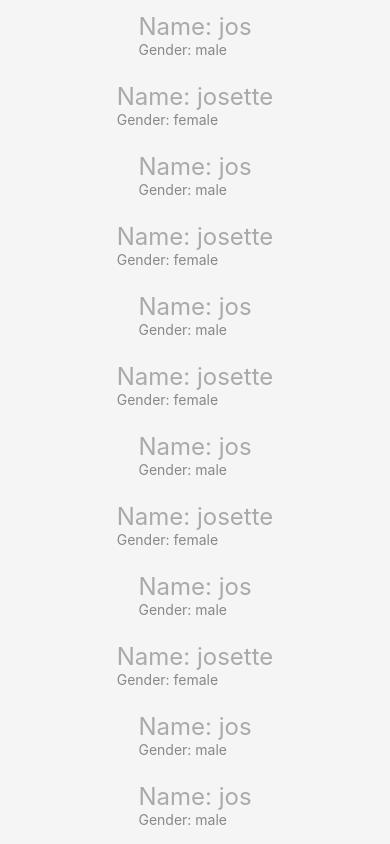
Repository: kfrancois/Bachelorproef-Apps
Screen: / (app in React Native/ListApp/.vscode/)
An editor plug-in stored every save of this project. The screen is shown before and after the next save, followed by the edit.
An inner scrolling area shows only its first screen. The app was drawn by React Native's web renderer in a window 390 px wide. The project was rebuilt for these pictures with package versions that can differ from the ones it lists, and the page was loaded fresh each time.

Above is the screen before, as saved 2018-04-23 15:00:33.

### React Native/ListApp/.vscode/App.js
import React, { Component } from 'react';
import MyListView from './src/listView';

// type Props = {};
export default class App extends Component {
  render() {
    return <MyListView />;
  }
}

### React Native/ListApp/.vscode/src/listView.js
import React, { Component } from 'react';
import { View, FlatList, Text, SafeAreaView, StyleSheet } from 'react-native';
import items from './items';
import Row from './row';

export default class MyListView extends Component {
  render() {
    return (
      <SafeAreaView style={{ flex: 1, backgroundColor: 'whitesmoke' }}>
        <FlatList
          style={styles.idk}
          contentContainerStyle={styles.container}
          data={items}
          renderItem={data => {
            return <Row item={data.item} />;
          }}
        />
      </SafeAreaView>
    );
  }
}

const styles = StyleSheet.create({
  idk: {
    flex: 1,
    backgroundColor: 'whitesmoke'
  },
  container: {
    justifyContent: 'center',
    alignItems: 'center'
  },
  item: {
    padding: 10,
    fontSize: 18,
    height: 44
  }
});

### React Native/ListApp/.vscode/src/items.js
const items = [
  { key: '0', name: 'jos', gender: 'male' },
  { key: '1', name: 'josette', gender: 'female' },
  { key: '2', name: 'jos', gender: 'male' },
  { key: '3', name: 'josette', gender: 'female' },
  { key: '4', name: 'jos', gender: 'male' },
  { key: '5', name: 'josette', gender: 'female' },
  { key: '6', name: 'jos', gender: 'male' },
  { key: '7', name: 'josette', gender: 'female' },
  { key: '8', name: 'jos', gender: 'male' },
  { key: '9', name: 'josette', gender: 'female' },
  { key: '10', name: 'jos', gender: 'male' },
  { key: '11', name: 'jos', gender: 'male' },
  { key: '12', name: 'josette', gender: 'female' },
  { key: '13', name: 'jos', gender: 'male' },
  { key: '14', name: 'josette', gender: 'female' },
  { key: '15', name: 'jos', gender: 'male' },
  { key: '16', name: 'josette', gender: 'female' },
  { key: '17', name: 'jos', gender: 'male' },
  { key: '18', name: 'josette', gender: 'female' },
  { key: '19', name: 'jos', gender: 'male' },
  { key: '20', name: 'josette', gender: 'female' },
  { key: '21', name: 'jos', gender: 'male' },
  { key: '22', name: 'josette', gender: 'female' },
  { key: '23', name: 'jos', gender: 'male' },
  { key: '24', name: 'josette', gender: 'female' },
  { key: '25', name: 'jos', gender: 'male' },
  { key: '26', name: 'josette', gender: 'female' },
  { key: '27', name: 'jos', gender: 'male' },
  { key: '28', name: 'josette', gender: 'female' },
  { key: '29', name: 'jos', gender: 'male' },
  { key: '30', name: 'josette', gender: 'female' },
  { key: '31', name: 'jos', gender: 'male' },
  { key: '32', name: 'josette', gender: 'female' },
  { key: '33', name: 'jos', gender: 'male' },
  { key: '34', name: 'josette', gender: 'female' },
  { key: '35', name: 'jos', gender: 'male' },
  { key: '36', name: 'josette', gender: 'female' },
  { key: '37', name: 'jos', gender: 'male' },
  { key: '38', name: 'josette', gender: 'female' },
  { key: '39', name: 'jos', gender: 'male' },
  { key: '40', name: 'josette', gender: 'female' },
  { key: '41', name: 'jos', gender: 'male' },
  { key: '42', name: 'josette', gender: 'female' },
];

export default items;

### React Native/ListApp/.vscode/src/row.js
import React from 'react';
import { View, Text, StyleSheet } from 'react-native';

const styles = StyleSheet.create({
  container: {
    padding: 12,
    flexDirection: 'column'
  },
  rowText: {
    fontSize: 14,
    color: '#888'
  },
  rowHeading: {
    fontSize: 24,
    color: '#aaa'
  }
});

const Row = props => {
  const item = props.item;
  const { name, gender } = item;
  return (
    <View style={styles.container}>
      <Text style={styles.rowHeading}>Name: {name}</Text>
      <Text style={styles.rowText}>Gender: {gender}</Text>
    </View>
  );
};

export default Row;

After the next save:
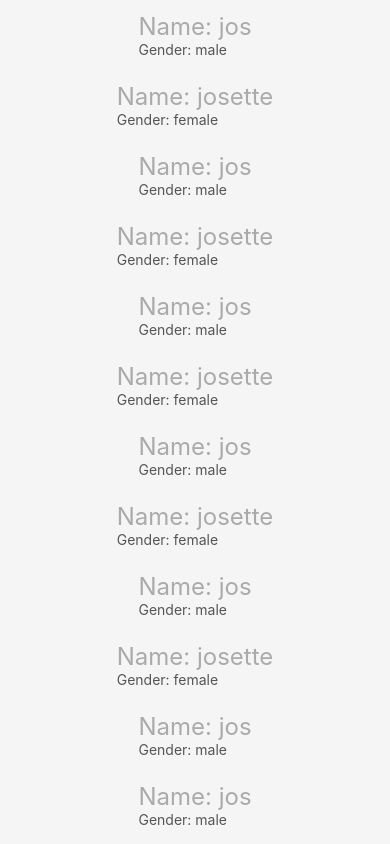
Saved 5 s later.
--- a/React Native/ListApp/.vscode/src/row.js
+++ b/React Native/ListApp/.vscode/src/row.js
@@ -8,7 +8,7 @@ const styles = StyleSheet.create({
   },
   rowText: {
     fontSize: 14,
-    color: '#888'
+    color: '#555'
   },
   rowHeading: {
     fontSize: 24,
